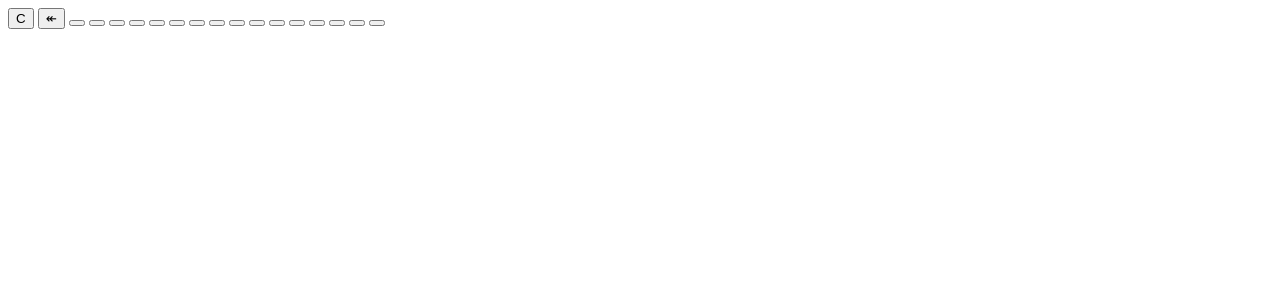
Repository: jhonenmanuel1/javaScript-calculator
Page: src/index.html
The author's editor kept a copy of each file at every save. The page is drawn from the files as they stood at one save, then again after the next save.
The browser window is 1280 px wide. The pictures show the whole page.

Above is the page before, as saved 2022-08-02 22:22:29.

After the next save:
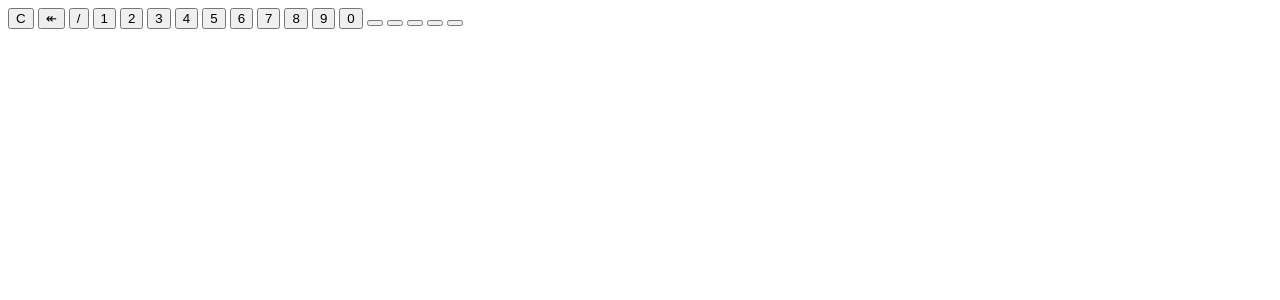
Saved 64 s later.
--- a/src/index.html
+++ b/src/index.html
@@ -19,17 +19,17 @@
         </div>
         <button> C</button>
         <button>&Larr;</button>
-        <button></button>
-        <button></button>
-        <button></button>
-        <button></button>
-        <button></button>
-        <button></button>
-        <button></button>
-        <button></button>
-        <button></button>
-        <button></button>
-        <button></button>
+        <button>/</button>
+        <button>1</button>
+        <button>2</button>
+        <button>3</button>
+        <button>4</button>
+        <button>5</button>
+        <button>6</button>
+        <button>7</button>
+        <button>8</button>
+        <button>9</button>
+        <button>0</button>
         <button></button>
         <button></button>
         <button></button>
